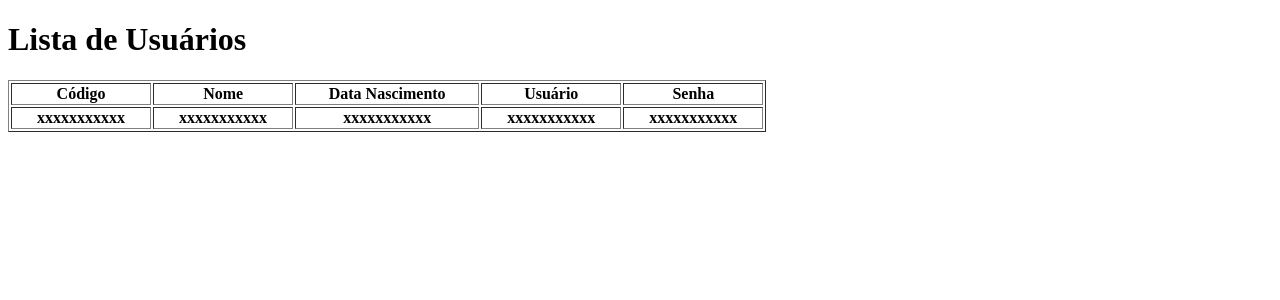
Repository: HigorRoc/Uninove_2021.1_AplicacaoWebQuarta
Page: http://localhost/usersManager/formMostraUsuarios.jsp
An editor plug-in stored every save of this project. The page is shown before and after the next save, followed by the edit.
The browser window is 1280 px wide. The pictures show the whole page.
The page is served by Tomcat 9. Other server files are loaded and not shown.

Above is the page before, as saved 2021-05-20 00:15:06.

### usersManager/WebContent/formMostraUsuarios.jsp
<%@ page language="java" contentType="text/html; charset=ISO-8859-1"
	pageEncoding="ISO-8859-1"%>

<!DOCTYPE html>
<html>
	<head>
		<meta charset="ISO-8859-1">
		<title>Usuarios</title>
	</head>
	<body>
		<h1>Lista de Usuários</h1>
		<table border="1" style="width: 60%">
			<thead>
				<tr>
					<th>Código</th>
					<th>Nome</th>
					<th>Data Nascimento</th>
					<th>Usuário</th>
					<th>Senha</th>
				</tr>
			</thead>
			<tbody>
				<tr>
					<th>xxxxxxxxxxx</th>
					<th>xxxxxxxxxxx</th>
					<th>xxxxxxxxxxx</th>
					<th>xxxxxxxxxxx</th>
					<th>xxxxxxxxxxx</th>
				</tr>
			</tbody>
		</table>
	</body>
</html>

After the next save:
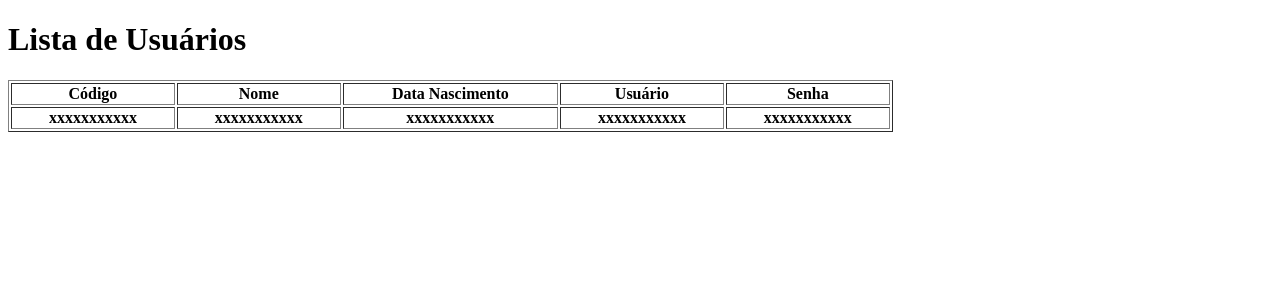
Saved 66 s later.
--- a/usersManager/WebContent/formMostraUsuarios.jsp
+++ b/usersManager/WebContent/formMostraUsuarios.jsp
@@ -9,7 +9,7 @@
 	</head>
 	<body>
 		<h1>Lista de Usuários</h1>
-		<table border="1" style="width: 60%">
+		<table border="1" style="width: 70%">
 			<thead>
 				<tr>
 					<th>Código</th>
